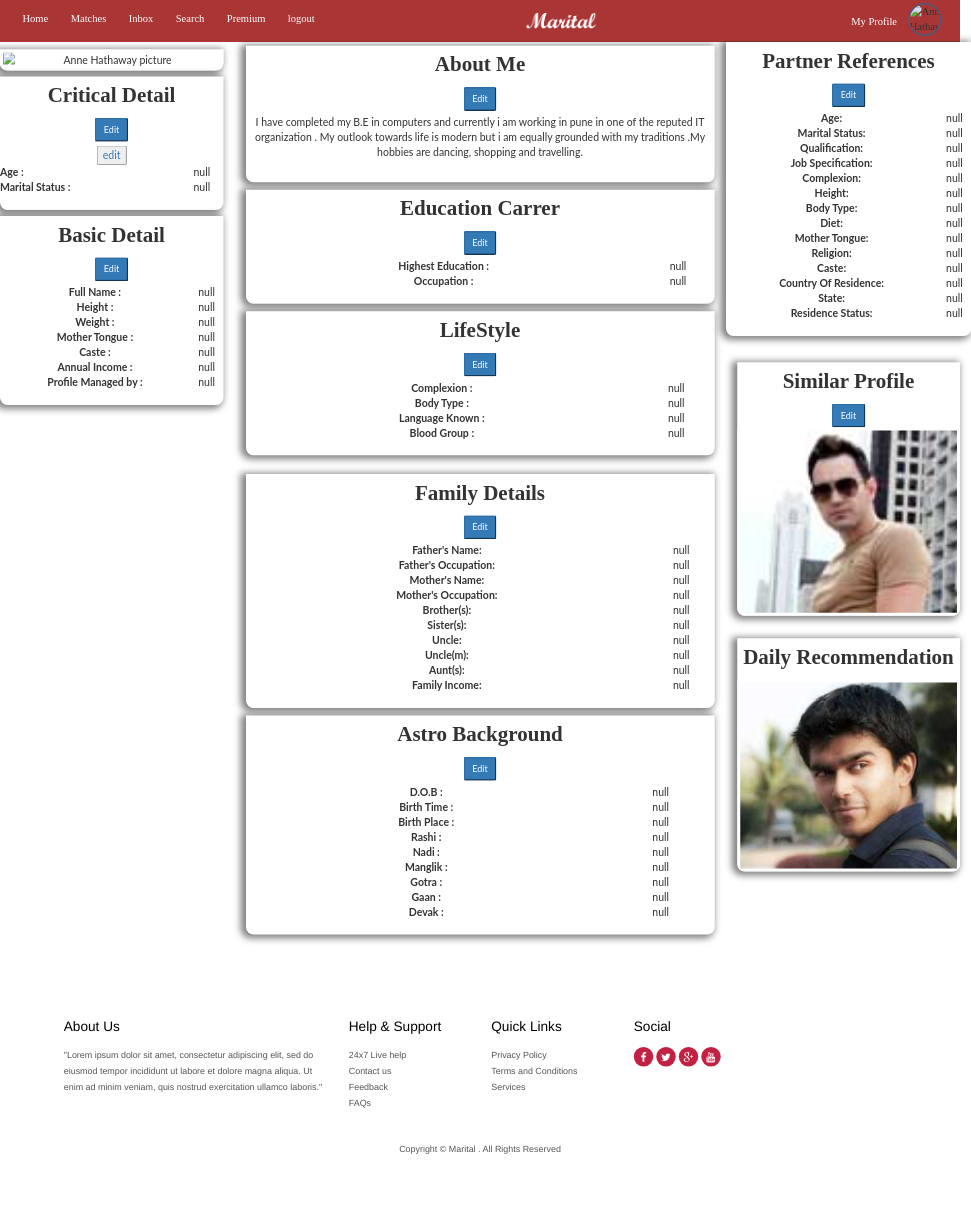
Repository: swara432/Manobandhan
Page: http://localhost/MANOBANDHAN/profile.jsp
An editor plug-in stored every save of this project. The page is shown before and after the next save, followed by the edit.
The browser window is 1280 px wide. The page is 1295 px wide, so the pictures cover 1295 px, including what lies to the right of the window. The pictures show the whole page, at 75% of full size.
The page is served by Tomcat 9. The template is opened directly, without the code that normally fills it, so the values that code supplies are empty.

Above is the page before, as saved 2020-06-01 17:01:50.
Console error: TypeError: Cannot read properties of null (reading 'addEventListener')

After the next save:
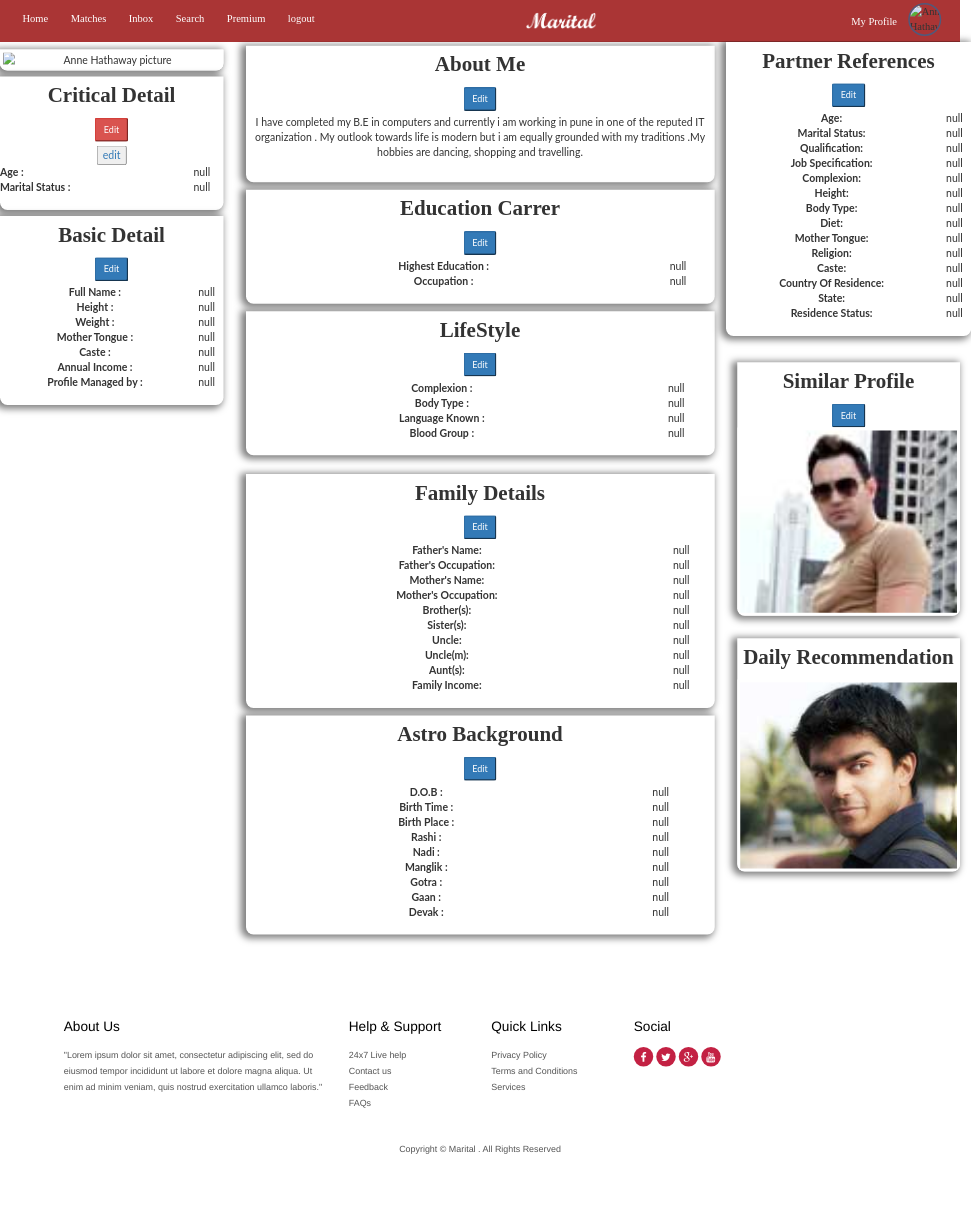
Saved 102 s later.
--- a/MANOBANDHAN/WebContent/profile.jsp
+++ b/MANOBANDHAN/WebContent/profile.jsp
@@ -173,7 +173,7 @@
               <div class="card" style="margin-top: -22px;" >           <!----------Critical Detail---------->
                       <div class="card-header" style="margin-top: 5px;">
                          <p style="font-family: Agnes; font-size: 2em;"><b>Critical Detail</b></p>
-                         <button class="btn-sm btn-primary"> Edit</button>
+                         <button class="btn-sm btn-danger"> Edit</button>
                       </div>
 
                       <div class="card-content" style="margin-top: 5px;">
